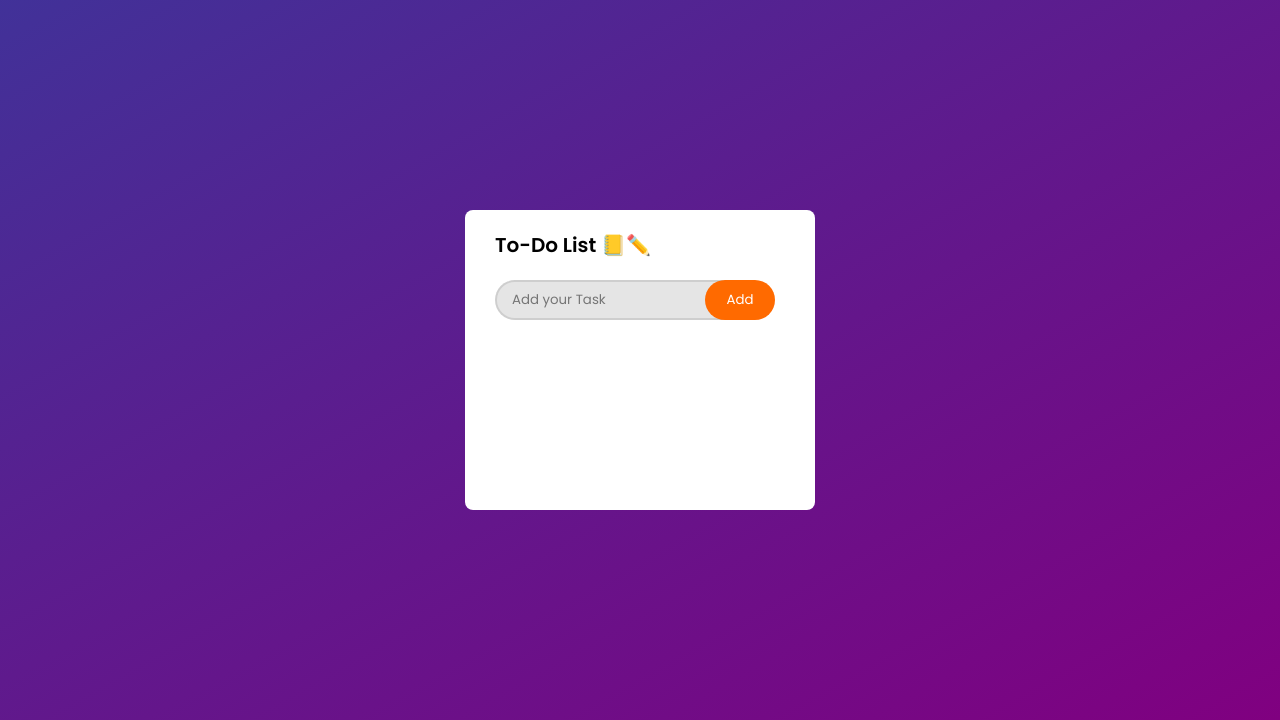
Repository: Ankitkr2021/To-Do-List
Page: index.html
An editor plug-in stored every save of this project. The page is shown before and after the next save, followed by the edit.
The browser window is 1280 px wide. The pictures show the whole page.

Above is the page before, as saved 2025-10-03 11:29:32.

After the next save:
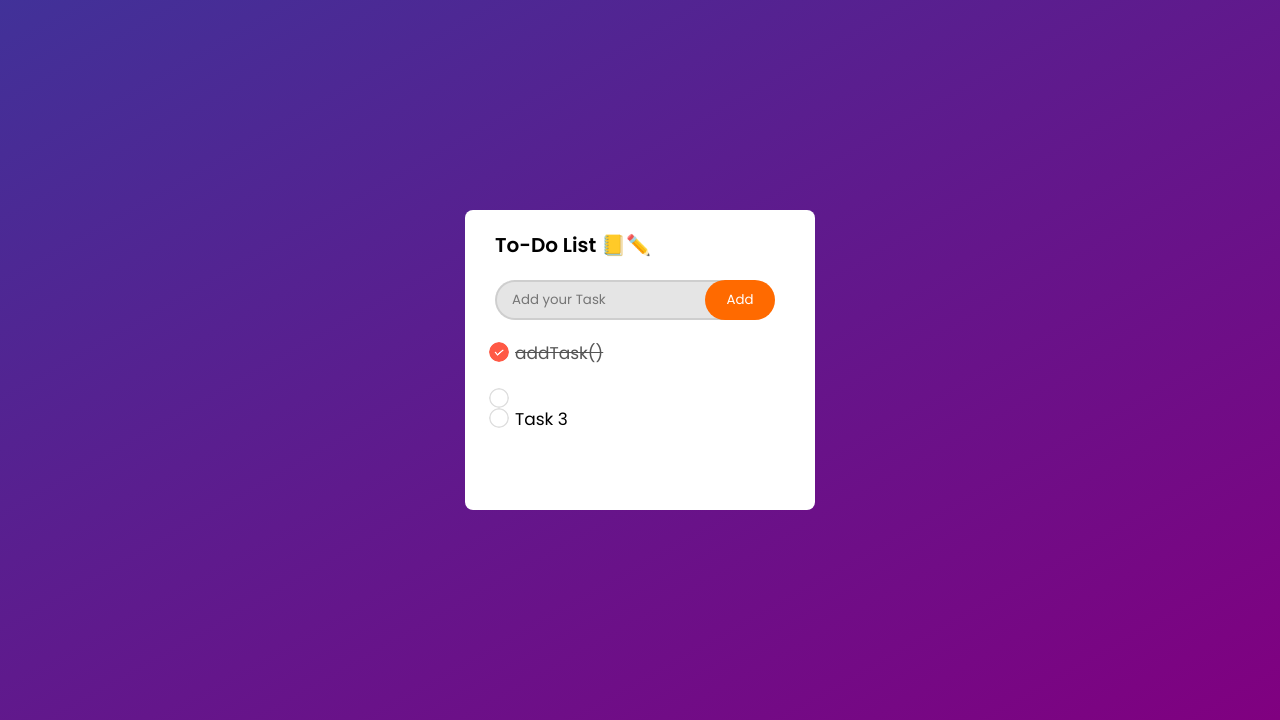
Saved 19 s later.
--- a/index.html
+++ b/index.html
@@ -14,9 +14,9 @@
         <button onclick="addTask()">Add</button>
         </div>
         <ul id="list-container">
-            <!-- <li class="checked">Task 1</li>
-            <li>Task 2</li>
-            <li>Task 3</li> -->
+            <li class="checked">addTask()</li>
+            <li></li>
+            <li>Task 3</li>
         </ul>
     </div>
     <script src="script.js"></script>

After the save that followed:
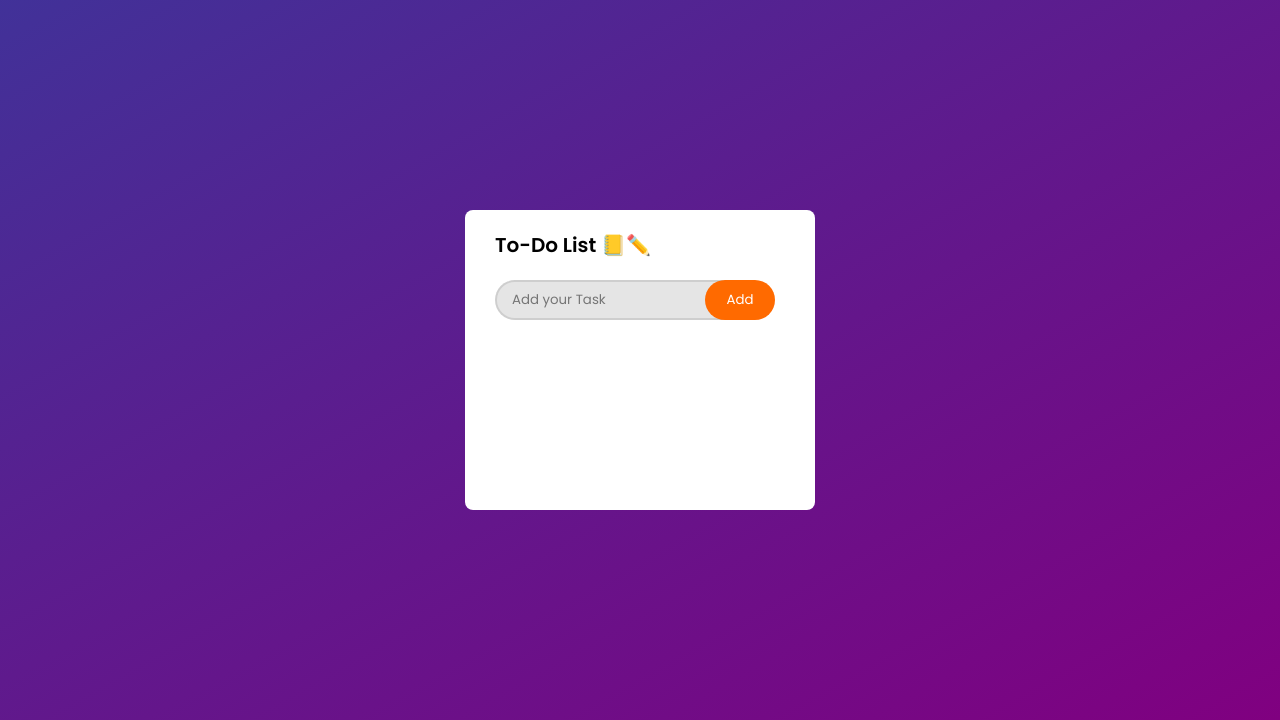
Saved 5 s later.
--- a/index.html
+++ b/index.html
@@ -14,9 +14,9 @@
         <button onclick="addTask()">Add</button>
         </div>
         <ul id="list-container">
-            <li class="checked">addTask()</li>
-            <li></li>
-            <li>Task 3</li>
+            <!-- <li class="checked">addTask()</li>
+            <li>Task 2</li>
+            <li>Task 3</li> -->
         </ul>
     </div>
     <script src="script.js"></script>
